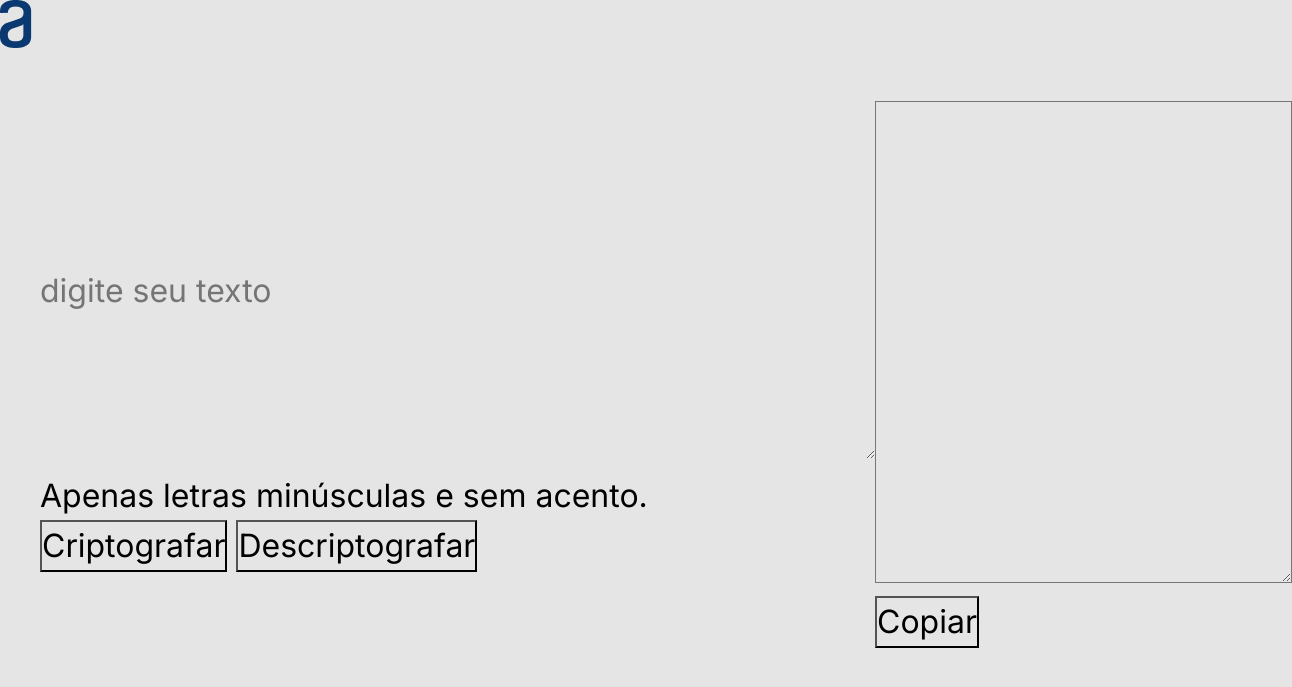
Repository: guilhermecardoso93/decodificador-texto
Page: index.html
The author's editor kept a copy of each file at every save. The page is drawn from the files as they stood at one save, then again after the next save.
The browser window is 1280 px wide. The page is 1292 px wide, so the pictures cover 1292 px, including what lies to the right of the window. The pictures show the whole page.

Above is the page before, as saved 2024-02-28 19:15:01.

After the next save:
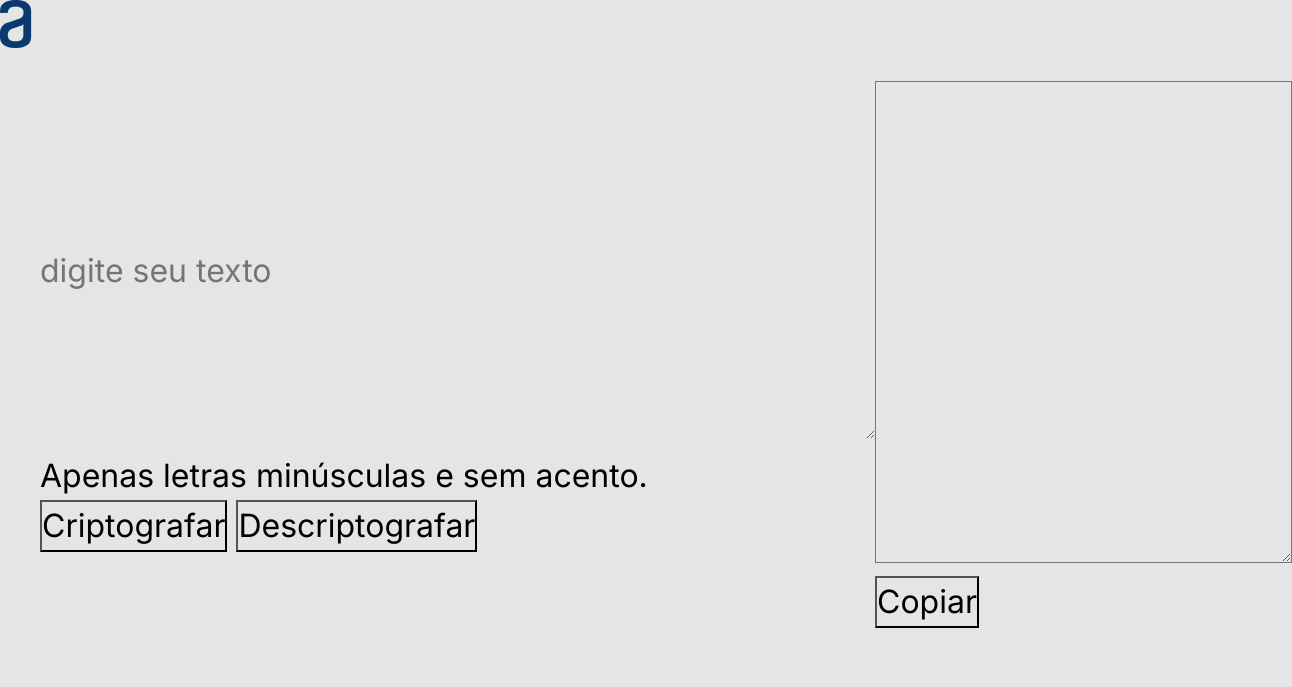
Saved 10 s later.
--- a/style.css
+++ b/style.css
@@ -20,7 +20,8 @@ main {
   display: flex;
   align-items: center;
   justify-content: space-between;
-  margin: 40px;
+  margin-left: 20px;
+  padding: 20px;
 }
 
 .text-area {
